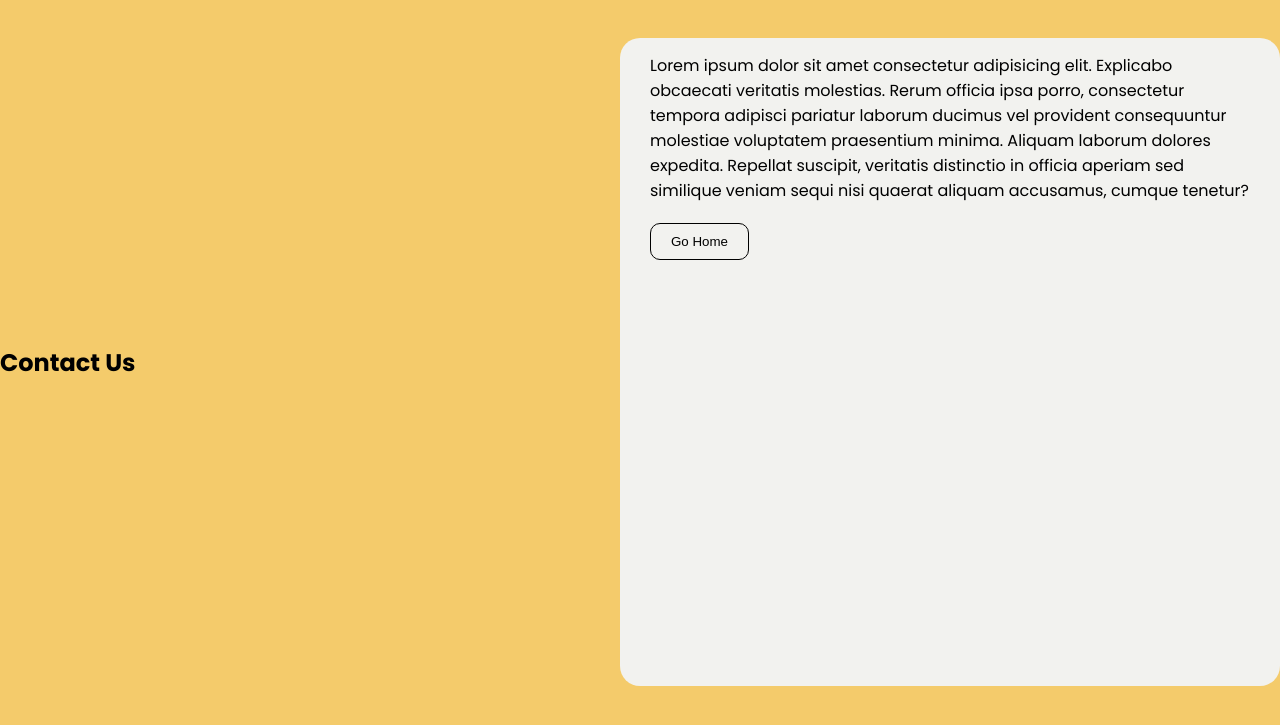
Repository: ble-syn/Random-user-generator-app
Page: /contact
An editor plug-in stored every save of this project. The page is shown before and after the next save, followed by the edit.
The browser window is 1280 px wide. The pictures show the whole page.
The project was rebuilt for these pictures with package versions that can differ from the ones it lists, and the page was loaded fresh each time. Also part of the build but not shown: src/components/Navbar.jsx, src/components/pagination.jsx, src/components/ErrorFallback.jsx, src/components/User.jsx, src/pages/Home.jsx, src/pages/About.jsx, src/pages/Vision.jsx, src/pages/Mission.jsx and 1 more.

Above is the page before, as saved 2022-10-28 19:04:39.

### src/index.css
@import url("https://fonts.googleapis.com/css2?family=Poppins:ital,wght@0,200;0,300;0,400;0,500;0,600;0,700;1,400&display=swap");
*{
  margin: 0;
  padding: 0;
  box-sizing: border-box;
}
a {
  text-decoration: none;
  color: #000;
}
ul{
  list-style: none;
}
body {
  background-color: #F4CB6B;
  font-family: "Poppins", sans-serif;
}
.container {
  width: 100%;
  max-width: 1300px;
  margin: 3% auto;

}

nav {
  display: flex;
  justify-content: first baseline;
  margin-bottom: 100px;
}
.logo{
  margin-right: 5px;
}
.menu {
  margin: 0 20px;
}

.home-container{
  display: flex;
  align-items: center;
}
/* LEFT STYLES */
#left {
  flex: 5;
}
#left h1 {
  font-size: 3rem;
  font-weight: 700;
  margin-bottom: 20px;
}
#left p {
  font-size: 1.2rem;
  margin-bottom: 20px;
}
.search-input {
  width: 80%;
  background-color: #dadada;
  border-radius: 12px;
  border: none;
  display: flex;
  place-items: center;
  padding-left: 15px;
  margin: 50px 0;
}
input {
  border: none;
  border-radius: 12px;
  background-color: inherit;
  width: 100%;
  height: 50px;
  padding-left: 5px;
  font-size: 20px;
}
input:focus {
  outline: none;
}
input::placeholder {
  color: #171717;
}
.user-link-cont {
  margin-top: 70px;
}
.user-link{
  margin-right: 80px;
  padding: 30px;
  border-radius: 10px;
  color: #FFF;
  cursor: pointer;
  border: none;
  box-shadow: 0px 2px 5px  rgba(0, 0, 0, 0.5);
}
.all-user {
  background-color: #BF9679;
}
.f-user{
  background-color: #F97661;
}
.m-user{
background-color: #8DCC50;
}

#right{
  height: 90vh;
  flex: 5;
  margin-left: 20px;
  background-color: #F2F2EF;
  border-radius: 20px;
  padding: 15px 30px;

}

.usercard {
  background-color: #F2F2EF;
  border-radius: 20px;
  display: flex;
  justify-content: space-between;
  align-items: center;
  padding: 20px;
  margin: 20px 0;
  box-shadow: 0px 2px 5px rgba(0, 0, 0, 0.5);
}

.usercard img {
 border: 5px solid #BF9679;;
  border-radius: 50%;
  margin: 5px 0;
}

.pagination {
  display: flex;
  justify-content: center;
  align-items: center;
  gap: 12px;
  margin: 20px 0;
}

.pagination-num {
  display: flex;
  justify-content: center;
  align-items: center;
  gap: 12px;
}

.pagination-child,
.prev,
.next {
  opacity: 1;
  border: 1px solid #000;
  padding: 8px 16px;
  cursor: pointer;
  border-radius: 10px;
  transition: all 0.3s ease;
}

.pagination-child:hover,
.prev:hover,
.next:hover {
  transform: scale(1.1);
}

.disabled {
  opacity: 0.5;
  cursor: not-allowed;
}
.notfound {
  display: flex;
  flex-direction: column;
  justify-content: center;
  align-items: center;
  height: 70vh;
  font-size: 2rem;
  font-weight: 700;
}
.notfound img{
  height: 200px;
}
button {
  margin-top: 20px;
  padding:10px 20px;
  background: none;
  border-radius: 10px;
  border: 1px solid black;
}

### src/App.js
import { BrowserRouter as Router, Routes, Route, Navigate} from "react-router-dom";
import Navbar from "./components/Navbar";
import Home from "./pages/Home";
import About from "./pages/About";
import Policy from "./pages/Vision";
import Terms from "./pages/Mission";
import Contact from "./pages/Contact";
import NotFound from "./pages/NotFound";
import Mission from "./pages/Mission";
import Vision from "./pages/Vision";

function App() {
  return (
    <div className="container">
      <Router>
        <Routes>
          <Route path="/" element={<Home />} />
          <Route path="/about" element={<About />}>
            <Route path="mission" element={<Mission />} />
            <Route path="vision" element={<Vision />} />
          </Route>
          <Route path="/contact" element={<Contact />} />
          <Route path="/not-found" element={<NotFound />} />
          <Route path="*" element={<Navigate to="/not-found" />} />
        </Routes>
      </Router>

    </div>
  );
}

export default App;

### src/pages/Contact.jsx
import React from "react";
import {useNavigate} from "react-router-dom";

function Contact() {
  const navigate = useNavigate()
  const  goHome =(event) =>{
    event.preventDefault()
    navigate("/")
}
  return (
    <div className="home-container">
      <div id="left">
        <h2>Contact Us</h2>
      </div>

      <div id="right">
        <p>
          Lorem ipsum dolor sit amet consectetur adipisicing elit. Explicabo
          obcaecati veritatis molestias. Rerum officia ipsa porro, consectetur
          tempora adipisci pariatur laborum ducimus vel provident consequuntur
          molestiae voluptatem praesentium minima. Aliquam laborum dolores
          expedita. Repellat suscipit, veritatis distinctio in officia aperiam
          sed similique veniam sequi nisi quaerat aliquam accusamus, cumque
          tenetur?
        </p>
        <button onClick={goHome}>Go Home</button>
      </div>
    </div>
  );
}

export default Contact;

Loaded but not shown: public/index.html (common file); src/index.js (common file); src/reportWebVitals.js (common file)

After the next save:
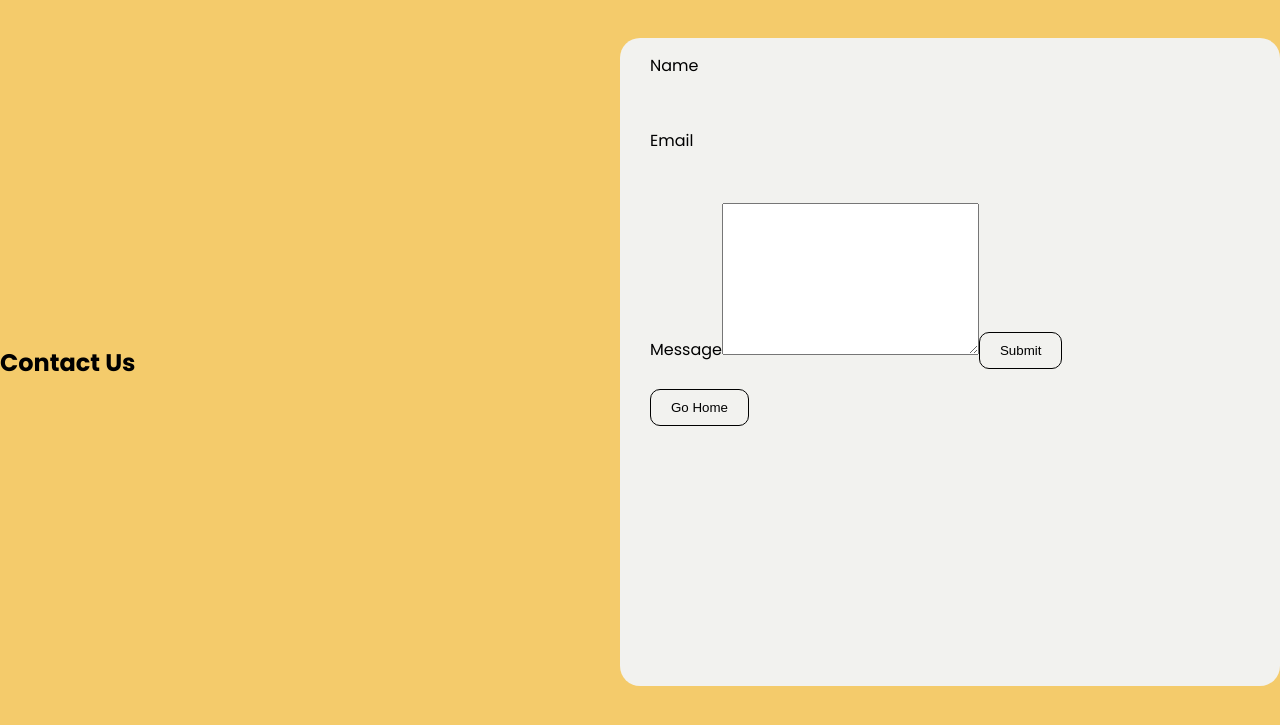
Saved 4 min 16 s later.
--- a/src/pages/Contact.jsx
+++ b/src/pages/Contact.jsx
@@ -14,15 +14,15 @@ function Contact() {
       </div>
 
       <div id="right">
-        <p>
-          Lorem ipsum dolor sit amet consectetur adipisicing elit. Explicabo
-          obcaecati veritatis molestias. Rerum officia ipsa porro, consectetur
-          tempora adipisci pariatur laborum ducimus vel provident consequuntur
-          molestiae voluptatem praesentium minima. Aliquam laborum dolores
-          expedita. Repellat suscipit, veritatis distinctio in officia aperiam
-          sed similique veniam sequi nisi quaerat aliquam accusamus, cumque
-          tenetur?
-        </p>
+       <form>
+          <label htmlFor="name">Name</label>
+          <input type="text" name="name" id="name" />
+          <label htmlFor="email">Email</label>
+          <input type="email" name="email" id="email" />
+          <label htmlFor="message">Message</label>
+          <textarea name="message" id="message" cols="30" rows="10"></textarea>
+          <button type="submit">Submit</button>
+       </form>
         <button onClick={goHome}>Go Home</button>
       </div>
     </div>
